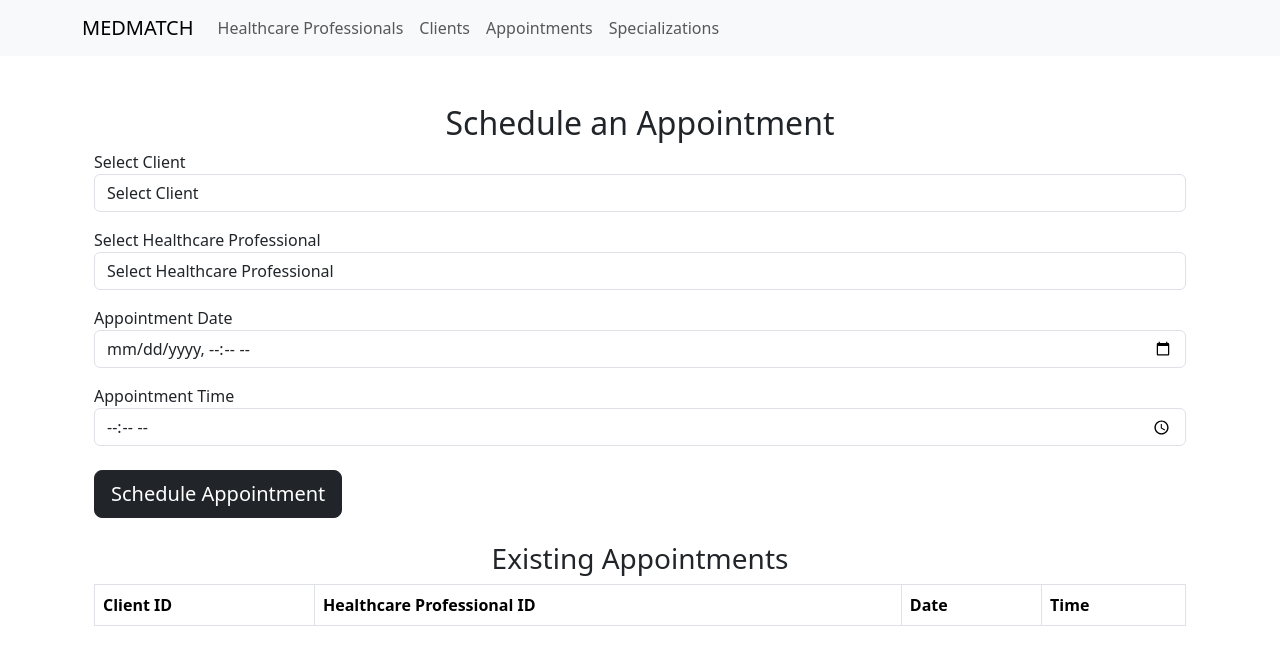
Repository: fahma20/medmatch-platform
Page: /appointments (app in client/)
The author's editor kept a copy of each file at every save. The page is drawn from the files as they stood at one save, then again after the next save.
The browser window is 1280 px wide. The pictures show the whole page.
The page's requests for data from a server got no answer. The project was rebuilt for these pictures with package versions that can differ from the ones it lists, and the page was loaded fresh each time. No one was signed in, and anything a server would have sent is missing. Also part of the build but not shown: client/src/components/Healthcareprofessionals.js, client/src/components/Specializations.js, client/src/components/Clients.js, client/src/components/Homepage.js.

Above is the page before, as saved 2025-02-01 15:15:51.

After the next save:
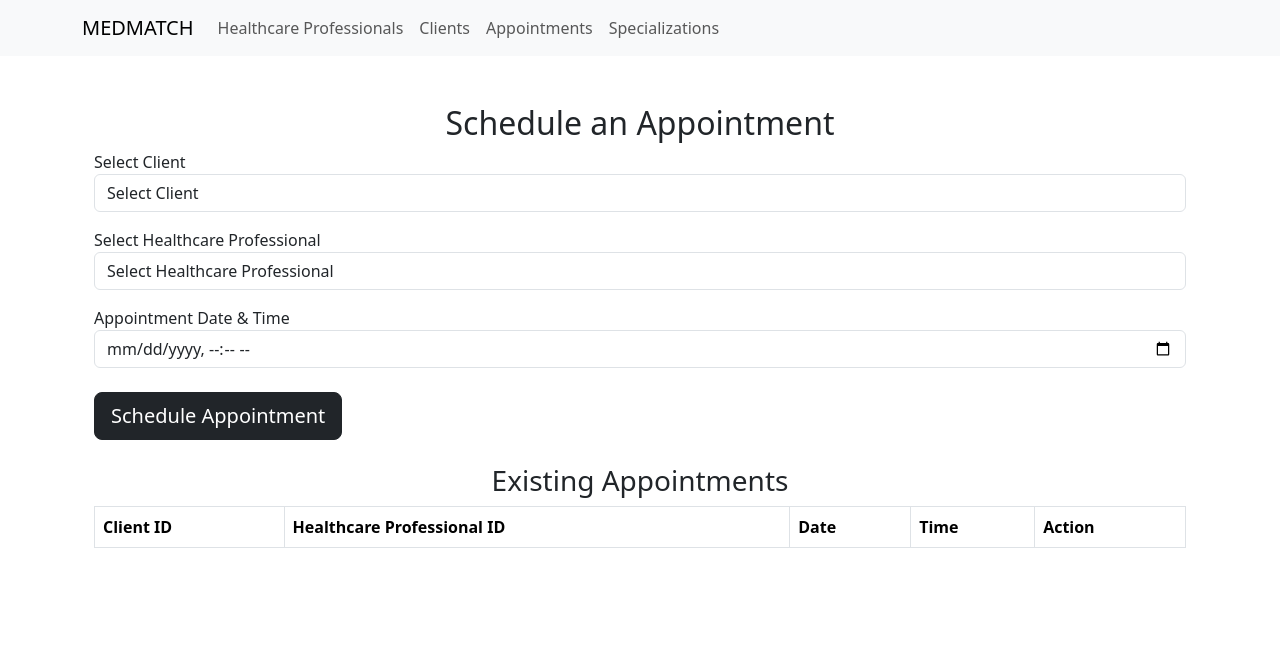
Saved 106 s later.
--- a/client/src/components/Appointments.js
+++ b/client/src/components/Appointments.js
@@ -165,7 +165,6 @@ const Appointments = () => {
   const [professionals, setProfessionals] = useState([]);
   const [appointments, setAppointments] = useState([]);
   const [appointmentDate, setAppointmentDate] = useState('');
-  const [appointmentTime, setAppointmentTime] = useState('');
   const [clientId, setClientId] = useState('');
   const [professionalId, setProfessionalId] = useState('');
   const [message, setMessage] = useState('');
@@ -203,7 +202,6 @@ const Appointments = () => {
       client_id: clientId,
       healthcare_professional_id: professionalId,
       date: appointmentDate,
-      time: appointmentTime,
     };
 
     try {
@@ -229,11 +227,30 @@ const Appointments = () => {
     }
   };
 
+  // Handle deleting an appointment
+  const handleDelete = async (appointmentId) => {
+    try {
+      const response = await fetch(`http://127.0.0.1:5000/api/appointments/${appointmentId}`, {
+        method: 'DELETE',
+      });
+
+      if (response.ok) {
+        setAppointments((prevAppointments) =>
+          prevAppointments.filter((appointment) => appointment.id !== appointmentId)
+        );
+        setMessage('Appointment deleted successfully!');
+      } else {
+        setMessage('There was an issue deleting the appointment.');
+      }
+    } catch (error) {
+      setMessage('Error connecting to the server.');
+    }
+  };
+
   const resetForm = () => {
     setClientId('');
     setProfessionalId('');
     setAppointmentDate('');
-    setAppointmentTime('');
   };
 
   return (
@@ -271,22 +288,12 @@ const Appointments = () => {
           </select>
         </div>
         <div className="form-group mt-3">
-          <label>Appointment Date</label>
+          <label>Appointment Date & Time</label>
           <input
             type="datetime-local"
             className="form-control"
             value={appointmentDate}
             onChange={(e) => setAppointmentDate(e.target.value)}
-            required
-          />
-        </div>
-        <div className="form-group mt-3">
-          <label>Appointment Time</label>
-          <input
-            type="time"
-            className="form-control"
-            value={appointmentTime}
-            onChange={(e) => setAppointmentTime(e.target.value)} // Set the time properly
             required
           />
         </div>
@@ -306,6 +313,7 @@ const Appointments = () => {
               <th>Healthcare Professional ID</th>
               <th>Date</th>
               <th>Time</th>
+              <th>Action</th>
             </tr>
           </thead>
           <tbody>
@@ -315,6 +323,14 @@ const Appointments = () => {
                 <td>{appointment.healthcare_professional_id}</td>
                 <td>{appointment.date}</td>
                 <td>{appointment.time}</td>
+                <td>
+                  <button
+                    className="btn btn-danger"
+                    onClick={() => handleDelete(appointment.id)}
+                  >
+                    Delete
+                  </button>
+                </td>
               </tr>
             ))}
           </tbody>
